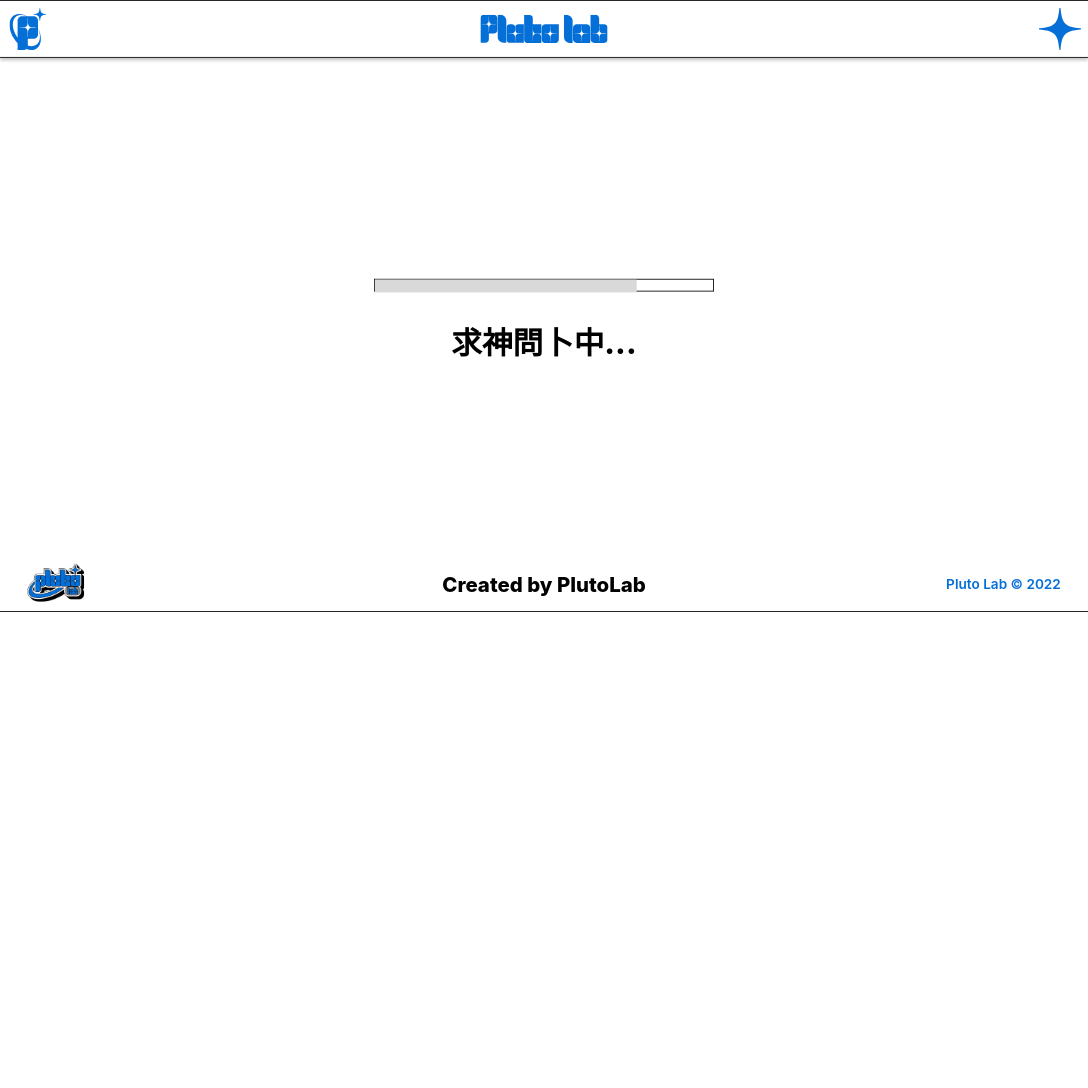
Repository: RayHuang880301/plutoparkpark
Page: /nft
These files come from the project's save history. The page is drawn as it stood at one moment and after the next save; the edit follows.
The browser window is 1280 px wide. The pictures show the whole page, at 85% of full size.
The project was rebuilt for these pictures with package versions that can differ from the ones it lists, and the page was loaded fresh each time. The framework's server and built-in components were replaced by stand-ins that run in the browser. Also part of the build but not shown: next.config.js.

Above is the page before, as saved 2022-07-11 01:02:43.

### pages/nft.tsx
import type { NextPage } from 'next'
import Head from 'next/head'
import Image from 'next/image'
import styles from '../styles/Home.module.css'
import FrontCover from '../components/frontCover/FrontCover'
import React, { RefObject, useCallback, useLayoutEffect, useRef, useState, useEffect } from 'react';

function useRefDimensions(ref: RefObject<HTMLDivElement>) {
  const [dimensions, setDimensions] = useState({ width: 500, height: 500 })
  useLayoutEffect(() => {
    function updateSize() {
      if (ref.current) {
        const { current } = ref
        const boundingRect = current.getBoundingClientRect()
        const { width, height } = boundingRect
        setDimensions({ width: Math.round(width), height: Math.round(width) })
      }
    }
    window.addEventListener('resize', updateSize);
    updateSize();
    return () => window.removeEventListener('resize', updateSize);
  }, [ref]);
  return dimensions;
}


const Home: NextPage = () => {
  const nftDom = useRef<HTMLDivElement>(null);
  const dimensions = useRefDimensions(nftDom)
  return (
    <>
    <Head>
      <title>PlutoLab</title>
      <meta property="og:type" content="website" />
      <meta property="og:title" content="PlutoLab" />
      <meta property="og:image" content=""></meta>
      <meta property="og:description" content="With the theme of interactive music NFT, Pluto Lab is committed to developing a community of music lovers in the web3 and NFT world."></meta>
    </Head>
    <section className="nft-section">
      <div ref={nftDom} className="nft-container" style={{height: dimensions.height}}>
        <FrontCover></FrontCover>
      </div>
    </section>
    </>
  )
}

export default Home

### styles/globals.css
html,
body {
  padding: 0;
  margin: 0;
  font-family: Montserrat, -apple-system, BlinkMacSystemFont, Segoe UI, Roboto, Oxygen,
    Ubuntu, Cantarell, Fira Sans, Droid Sans, Helvetica Neue, sans-serif;
}

a {
  color: inherit;
  text-decoration: none;
}

* {
  box-sizing: border-box;
}

### components/frontCover/FrontCover.tsx
import React from 'react'
import styles from './FrontCover.module.css'
import Header from '../header/Header'
import Footer from '../footer/Footer'
import LuckyCard from '../luckyCard/LuckyCard'
import logo from '../../assets/logo.png'
import LoadingCard from '../loadingCard/LoadingCard'
import PlayCard from '../playCard/PlayCard'
import ResultCard from '../resultCard/ResultCard'


export default function FrontCover() {
  return (
    <div className={styles.section}>
      <Header />
      <div className={styles.container}>
        {/* <ResultCard src={logo} result='大吉' word='想睡覺了？到主舞台跟DJ一起嗨，保證今日運勢超 川頁！'/> */}
        {/* <PlayCard img={logo}></PlayCard> */}
        <LoadingCard />
        {/* <div className={styles.title}>今天，我想來點...</div>
        <div className={styles.cards}>
          <LuckyCard img={logo}>學業運</LuckyCard>
          <LuckyCard img={logo}>事業運</LuckyCard>
          <LuckyCard img={logo}>戀愛運</LuckyCard>
          <LuckyCard img={logo}>健康運</LuckyCard>
        </div> */}
      </div>
      <Footer />
    </div>
  )
}

### components/frontCover/FrontCover.module.css
.section {
  height: 100vh;
  border-bottom: 1px solid #000000;
  display: flex;
  flex-direction: column;
  justify-content: space-between;
}

.container {
  display: flex;
  flex-direction: column;
  align-items: center;
}

.title {
  flex: none;
  font-weight: 800;
  font-size: 36px;
}

.cards {
  display: flex;
  flex-direction: row;
  margin: 3rem;
}

### components/header/Header.tsx
import React from 'react'
import styles from '../header/Header.module.css'
import pStarImg from '../../assets/pStarImg.svg'
import pImg from '../../assets/pImg.svg'
import plutoLabImg from '../../assets/plutoLabImg.svg'
import Image from 'next/image'

export default function Header() {
  return (
    <div className={styles.header}>
      <Image src={pImg} width={50} height={50} alt=''/>
      <Image src={plutoLabImg} width={150} height={50} alt=''/>
      <Image src={pStarImg} width={50} height={50} alt=''/>
    </div>
  )
}

### components/footer/Footer.tsx
import React from 'react'
import Image from 'next/image'
import styles from './Footer.module.css'
import plutoLabLogo from '../../assets/plutoLabLogo.png'

export default function Footer() {
  return (
    <div className={styles.section}>
      <div className={styles.img}><Image src={plutoLabLogo} width={67} height={45} alt=''/></div>
      <div className={styles.word}>Created by PlutoLab</div>
      <div className={styles.copyright}>Pluto Lab © 2022</div>
    </div>
  )
}

### components/loadingCard/LoadingCard.tsx
import React from 'react'
import styles from './LoadingCard.module.css'

export default function LoadingCard() {
  return (
    <div className={styles.loadingBox}>
      <div className={styles.bar}>
        <div className={styles.line}></div>
      </div>
      <div className={styles.word}>求神問卜中...</div>
    </div>
  )
}

### components/header/Header.module.css
.header {
  display: flex;
  justify-content: space-between;
  padding: 0.5rem;
  background: #FFFFFF;
  border-top: 1px solid #000000;
  border-bottom: 1px solid #000000;
  box-shadow: 0px 4px 4px rgba(0, 0, 0, 0.25);
}

### components/footer/Footer.module.css
.section {
  display: flex;
  justify-content: space-between;
  align-items: center;
  padding: 2rem;
  height: 50px;
}

.img {
  width: 150px;
}

.word {
  text-align: center;
  font-weight: 800;
  font-size: 24px;
  width: 300px;
}

.copyright {
  text-align: end;
  width: 150px;
  font-weight: 600;
  color: #056FD8;
}

### components/loadingCard/LoadingCard.module.css
.loadingBox {
  display: flex;
  flex-direction: column;
  align-items: center;
}

.bar {
  width: 400px;
  height: 15px;
  margin: 2rem;
  background: #FFFFFF;
  border: 1px solid #000000;
}

.line {
  width: 308px;
  height: 15px;
  background: #D9D9D9;
}

.word {
  font-weight: 800;
  font-size: 36px;
}

Loaded but not shown: pages/_app.tsx (common file)

After the next save:
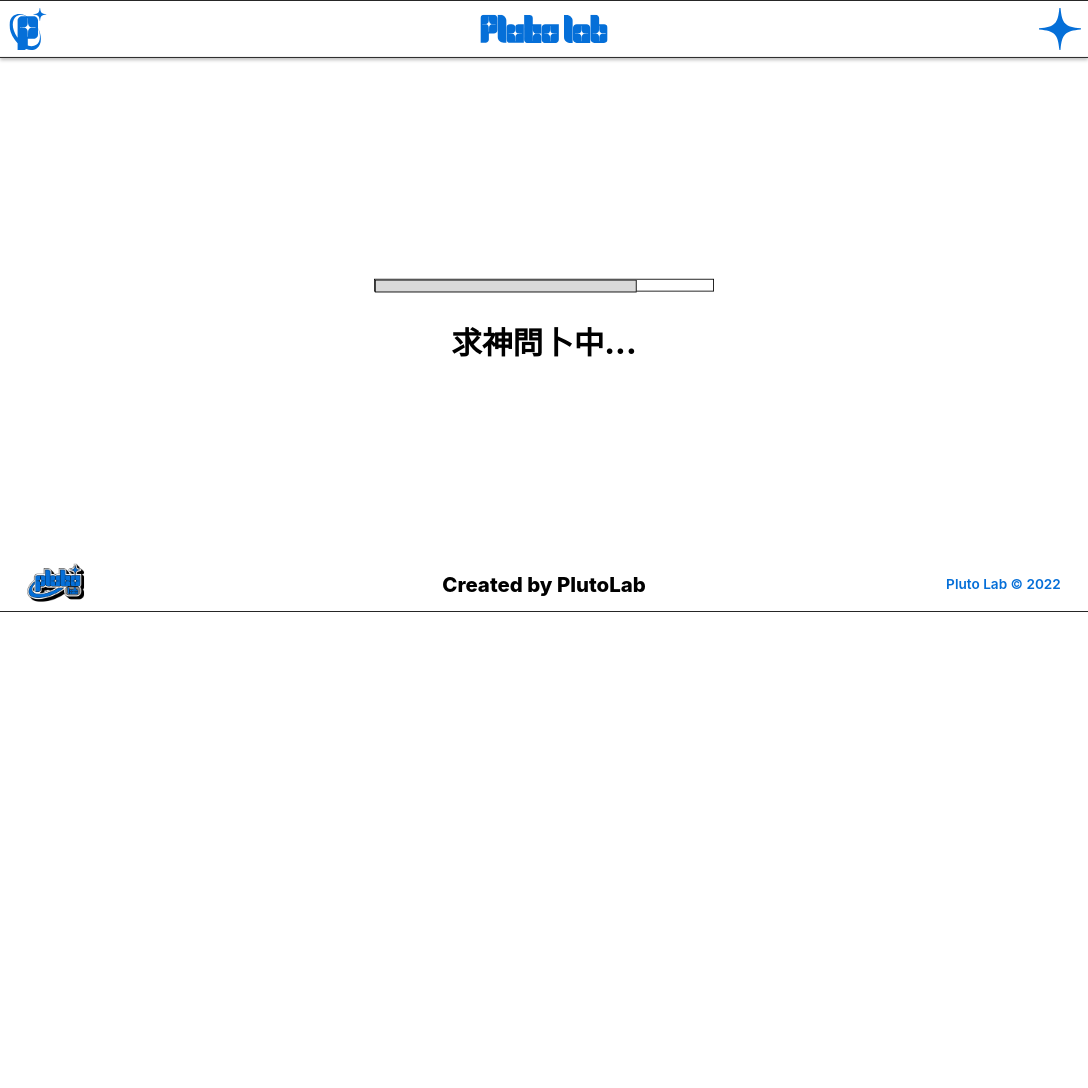
Saved 18 s later.
--- a/components/loadingCard/LoadingCard.module.css
+++ b/components/loadingCard/LoadingCard.module.css
@@ -16,6 +16,7 @@
   width: 308px;
   height: 15px;
   background: #D9D9D9;
+  border: 1px solid #000000;
 }
 
 .word {

After the save that followed:
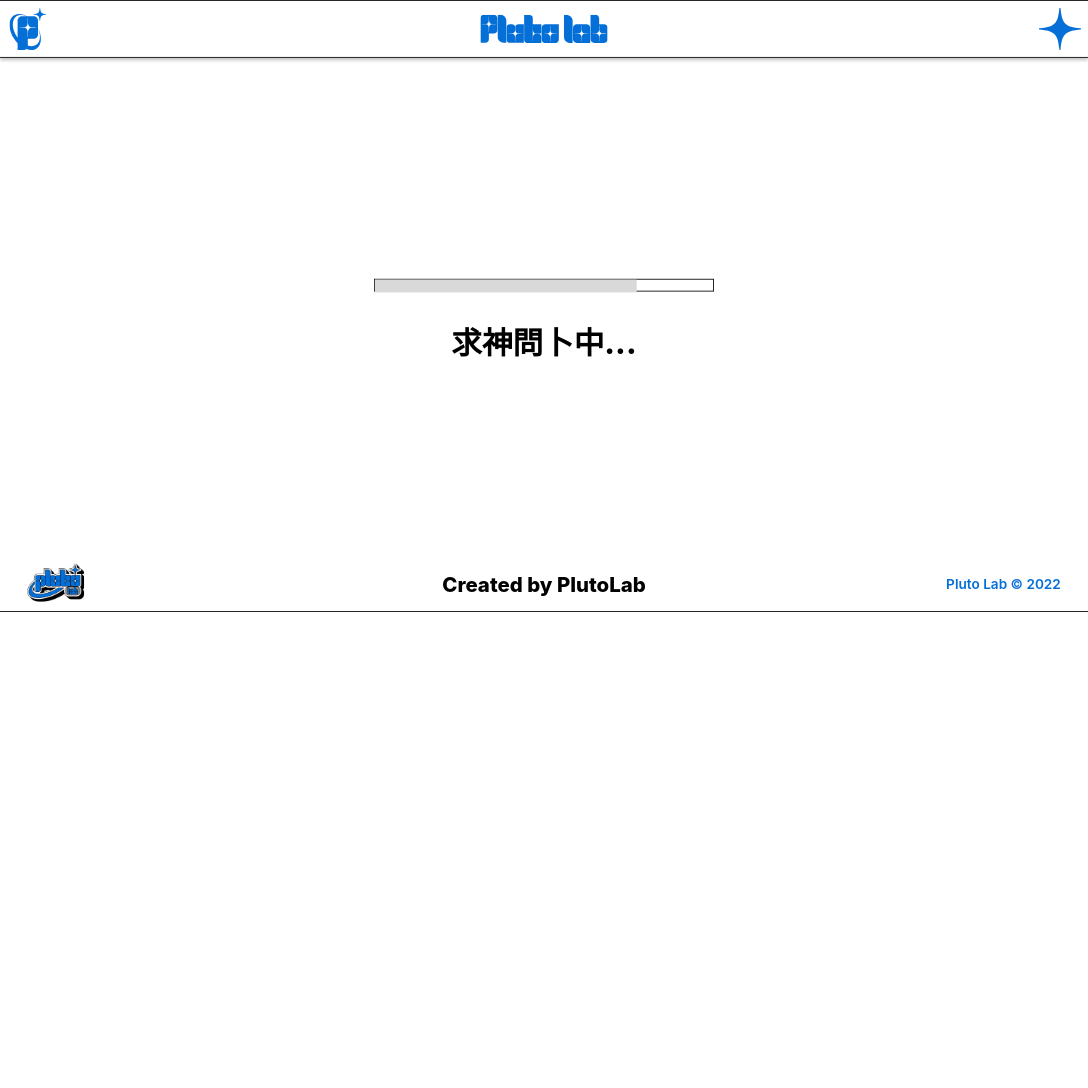
Saved 21 s later.
--- a/components/loadingCard/LoadingCard.module.css
+++ b/components/loadingCard/LoadingCard.module.css
@@ -16,7 +16,6 @@
   width: 308px;
   height: 15px;
   background: #D9D9D9;
-  border: 1px solid #000000;
 }
 
 .word {
